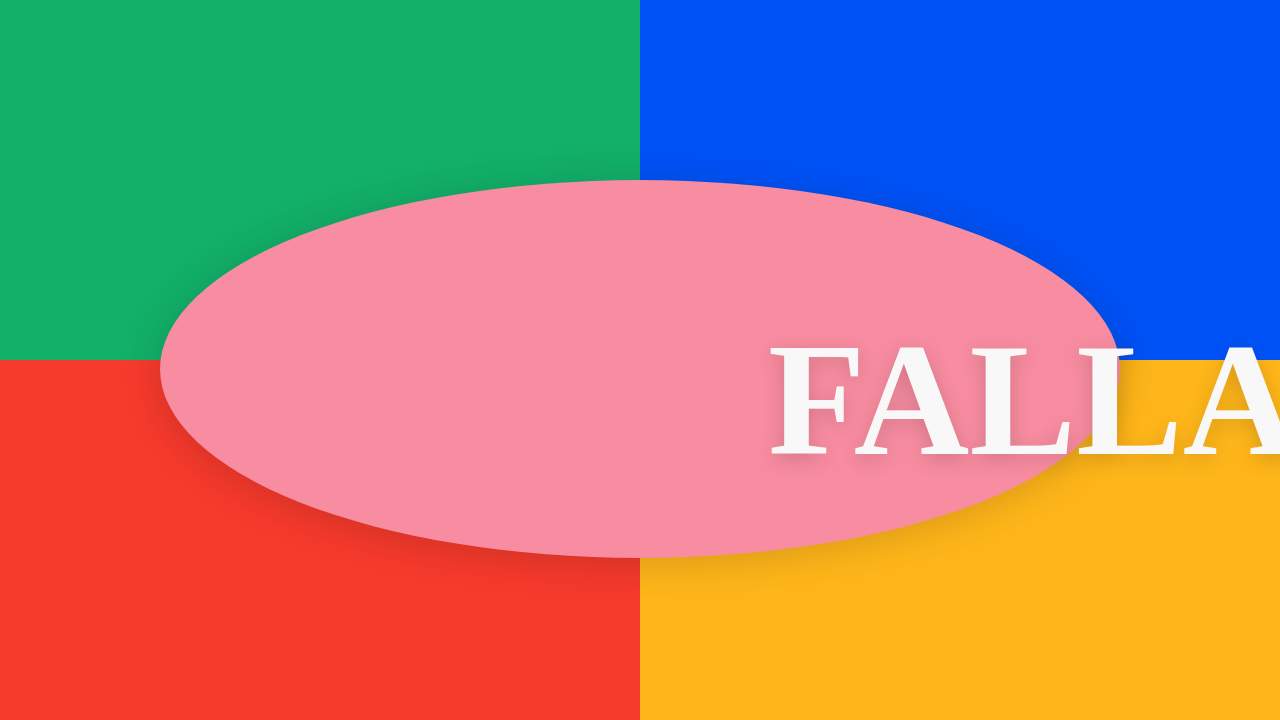
Repository: yafugray/fallacies
Page: project/Midterm project/index.html
These files come from the project's save history. The page is drawn as it stood at one moment and after the next save; the edit follows.
The browser window is 1280 px wide. The pictures show the whole page.

Above is the page before, as saved 2020-03-12 15:37:12.

After the next save:
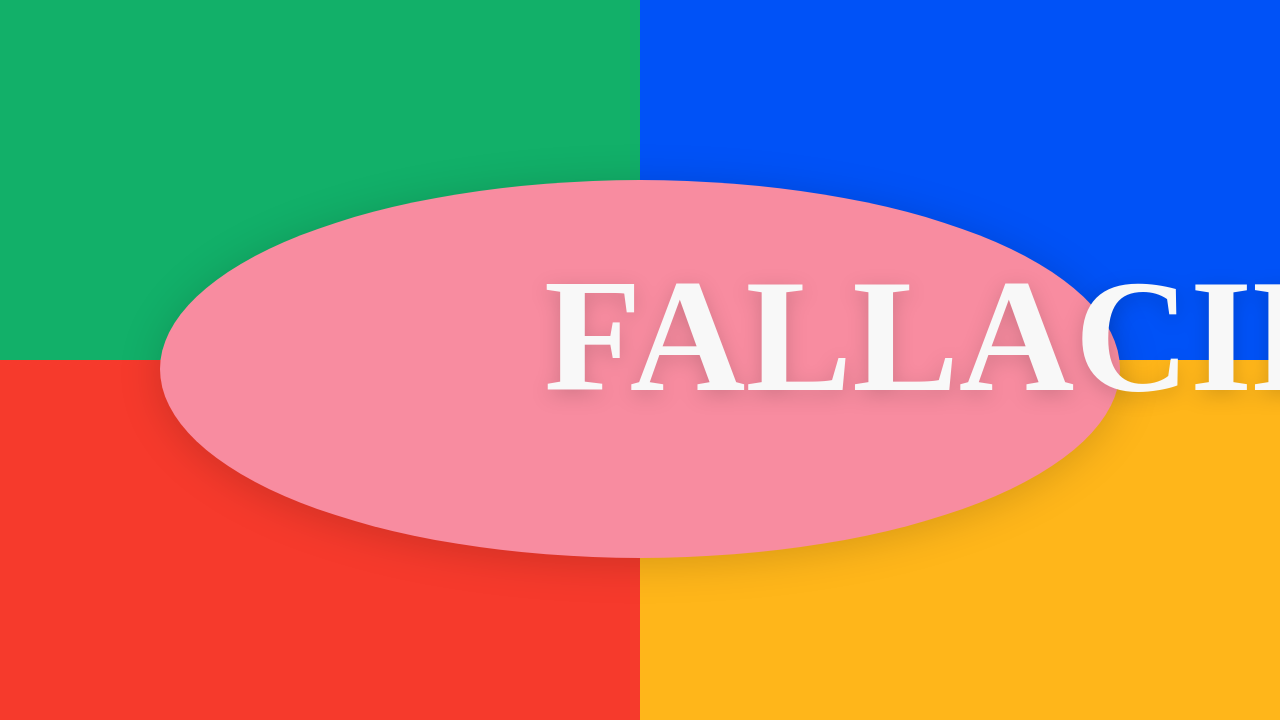
Saved 15 s later.
--- a/project/Midterm project/app.css
+++ b/project/Midterm project/app.css
@@ -105,6 +105,8 @@
     color: rgba(248,248,248,1);
     text-align: center;
 	position: absolute;
-    top: 50%;
-    left: 50%
+    left: 25%;
+    right: 25%;
+    top: 25%;
+    bottom: 25%;
 }
